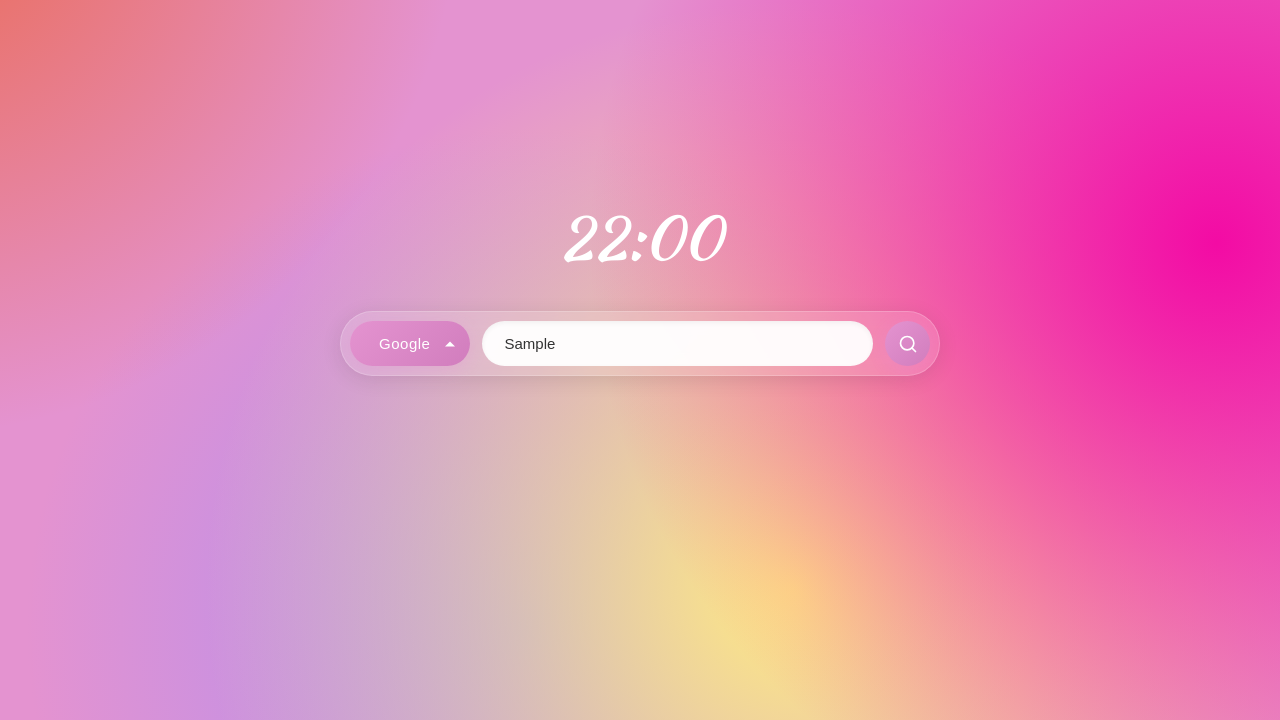
Repository: RADEKWRLD/NaviR
Page: index.html
An editor plug-in stored every save of this project. The page is shown before and after the next save, followed by the edit.
The browser window is 1280 px wide. The pictures show the whole page.
Empty fields were first filled with sample values (such as "Sample", 5 or name@example.com).
After loading, the first visible `#engine-btn` was clicked once.

Above is the page before, as saved 2025-05-23 23:03:44.
Console error: TypeError: Cannot read properties of null (reading 'appendChild')

After the next save:
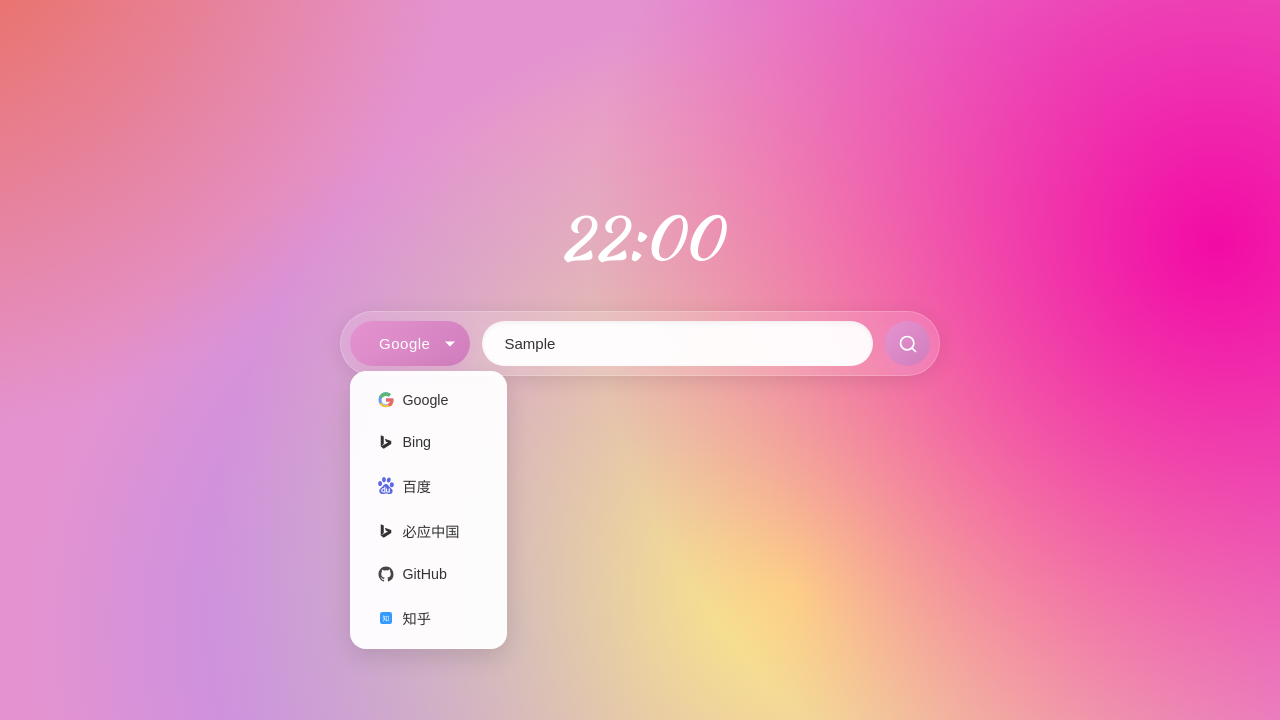
Saved 5 s later.
--- a/main/script.js
+++ b/main/script.js
@@ -77,8 +77,9 @@ function initSearch() {
 const engineBtn = document.getElementById('engine-btn');
 const engineMenu = document.getElementById('engine-menu');
 
-engineBtn.addEventListener('click', () => {
-    engineBtn.classList.toggle('active',"show");
+engineBtn.addEventListener('click', function(e) {
+    e.preventDefault();
+    engineMenu.classList.toggle('show');
 });
 
 // 3. 监听菜单点击，切换引擎
